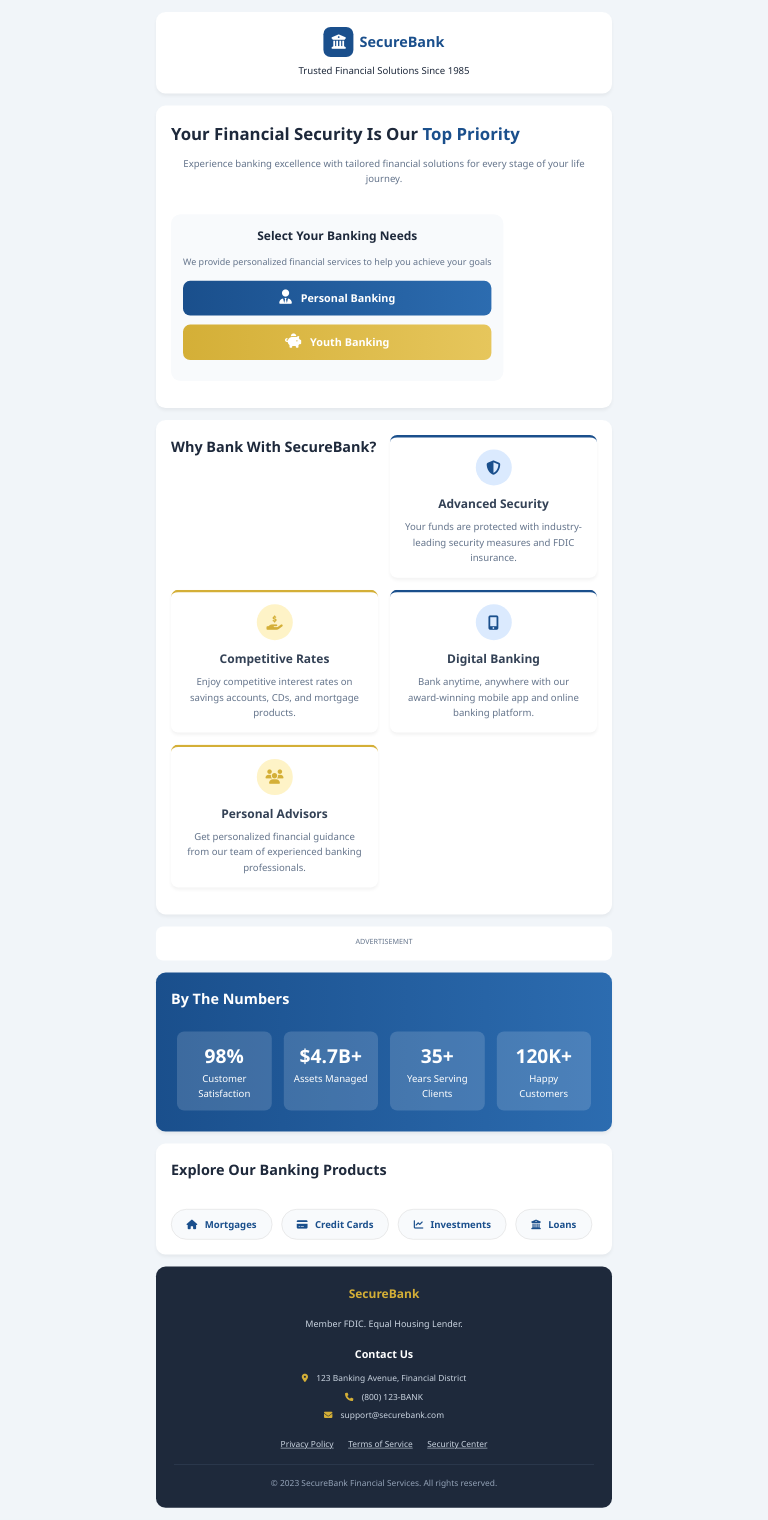
Repository: meenadabhii/loancalculator.nurcodes.com
Page: index.html
An editor plug-in stored every save of this project. The page is shown before and after the next save, followed by the edit.
The browser window is 1280 px wide. The pictures show the whole page, at 60% of full size.

Above is the page before, as saved 2025-08-28 15:13:03.

After the next save:
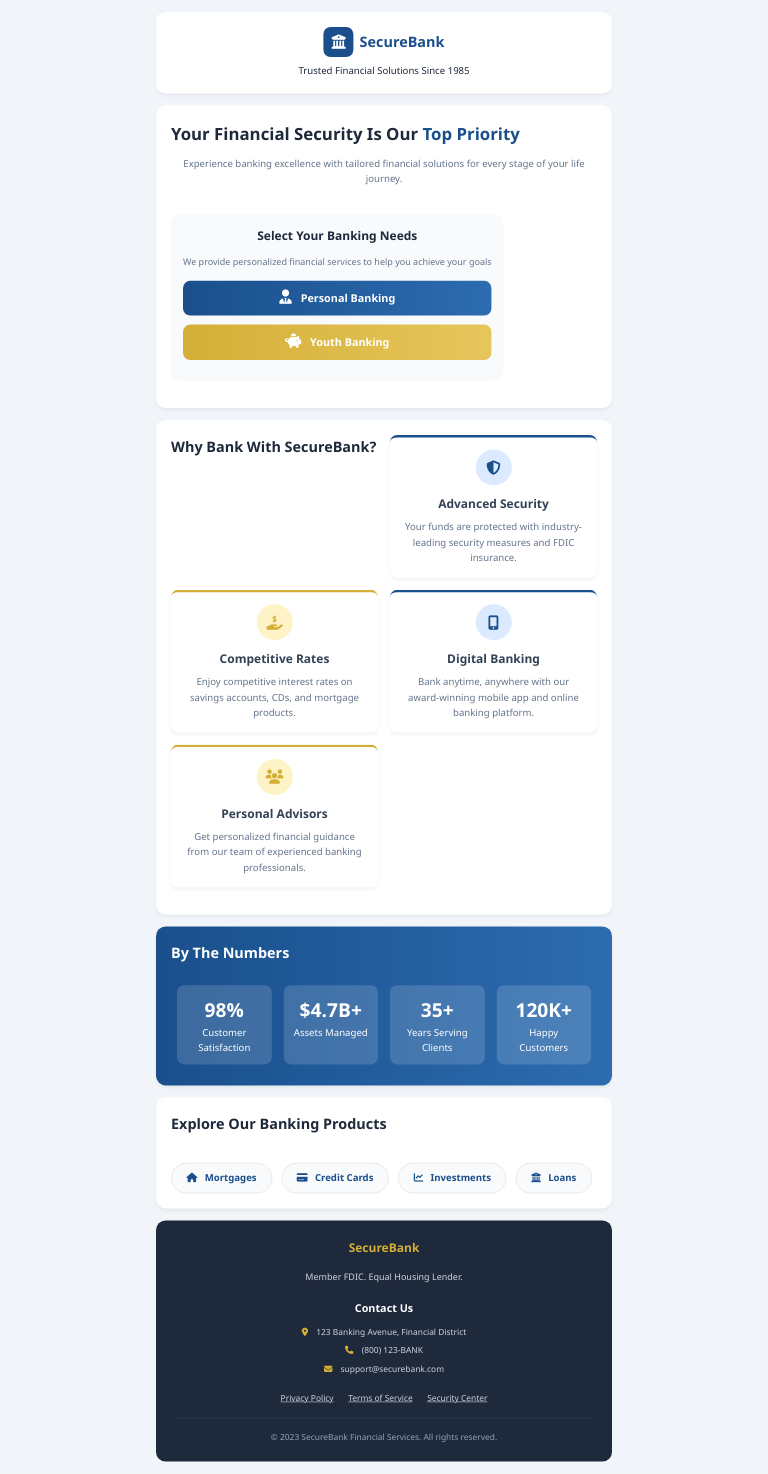
Saved 30 s later.
--- a/index.html
+++ b/index.html
@@ -177,7 +177,6 @@
             </div>
             <p style="color: var(--dark-blue); font-size: 16px;">Trusted Financial Solutions Since 1985</p>
         </div>
-
         <!-- Hero Section -->
         <div class="content-section" style="text-align: center;">
             <h2 style="font-size: 28px; font-weight: 700; margin-bottom: 15px; color: var(--dark-blue);">Your Financial Security Is Our <span style="color: var(--primary-blue);">Top Priority</span></h2>
@@ -239,15 +238,7 @@
             </div>
         </div>
 
-        <div class="ad-container">
-            <div class="ad-label">Advertisement</div>
-            <!-- Multiplex Ad -->
-            <ins class="adsbygoogle" style="display:block" data-ad-format="autorelaxed"
-                data-ad-client="ca-pub-9383584644305078" data-ad-slot="2320363731"></ins>
-            <script>
-                (adsbygoogle = window.adsbygoogle || []).push({});
-            </script>
-        </div>
+
 
         <!-- Stats Section -->
         <div class="content-section"
